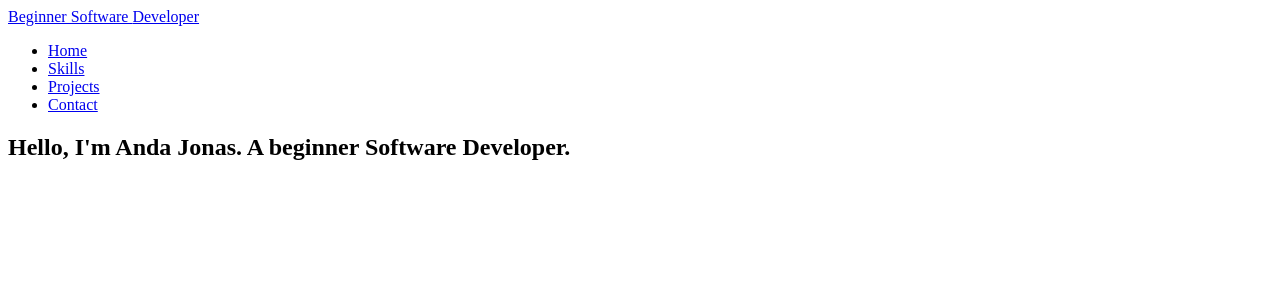
Repository: andajonas/ANDJON25111_fto2505_A_Anda-Jonas_CDV05
Page: index.html
These files come from the project's save history. The page is drawn as it stood at one moment and after the next save; the edit follows.
The browser window is 1280 px wide. The pictures show the whole page.

Above is the page before, as saved 2025-09-19 16:40:11.

After the next save:
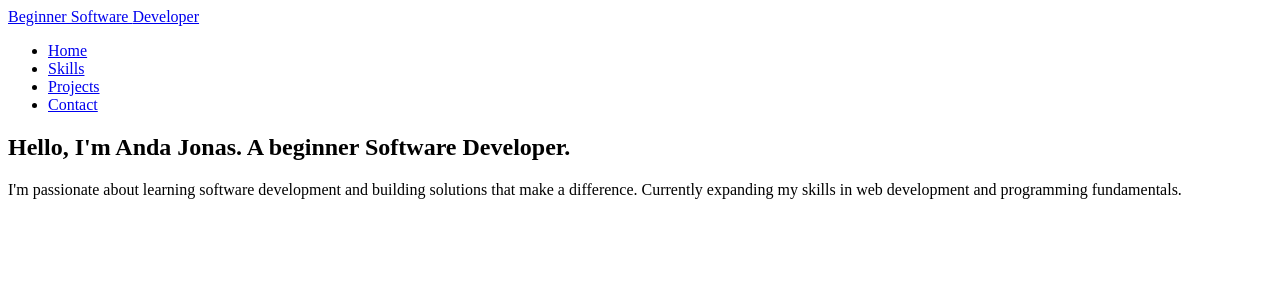
Saved 21 s later.
--- a/index.html
+++ b/index.html
@@ -28,7 +28,7 @@
             <div class="hero-content">
                 <div class="hero-text">
                     <h1>Hello, I'm Anda Jonas.<span> A beginner Software Developer.</span></h1>
-                    <p></p>
+                    <p>I'm passionate about learning software development and building solutions that make a difference. Currently expanding my skills in web development and programming fundamentals.</p>
             </div>
         </div>
      </section>
